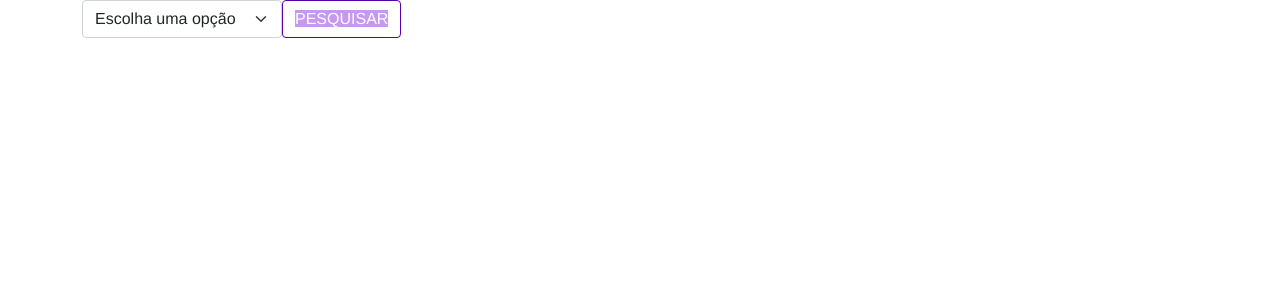
Repository: LuismGil/Countries-list
Page: /
These files come from the project's save history. The page is drawn as it stood at one moment and after the next save; the edit follows.
The browser window is 1280 px wide. The pictures show the whole page.
The project was rebuilt for these pictures with package versions that can differ from the ones it lists, and the page was loaded fresh each time.

Above is the page before, as saved 2021-05-22 21:20:49.

After the next save:
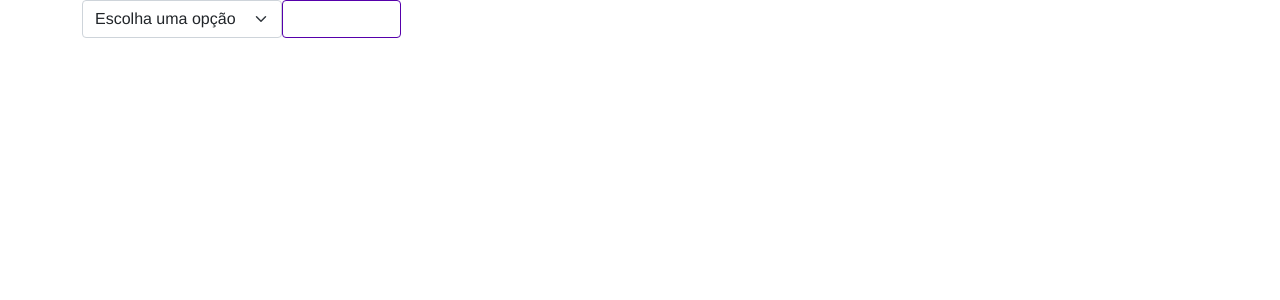
Saved 11 s later.
--- a/src/components/MvCountries.vue
+++ b/src/components/MvCountries.vue
@@ -38,7 +38,6 @@ export default {
 
 .btn-span {
    color: #fff;
-  background-color: #c599f2;
 }
 
 .btn-find:hover {
